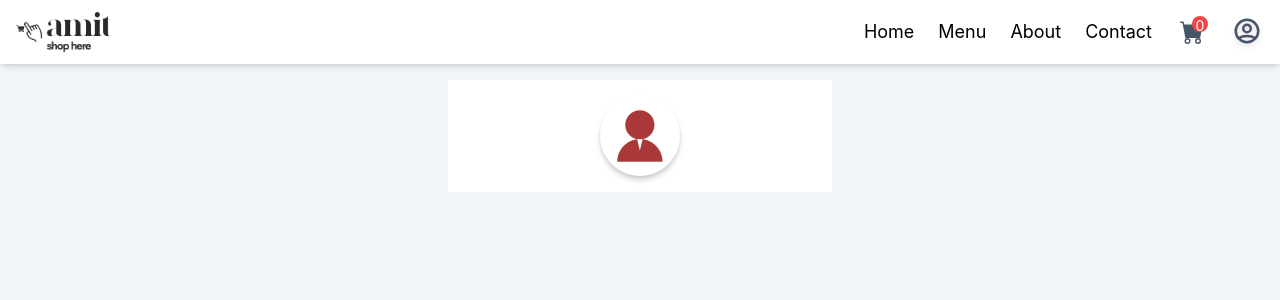
Repository: Lehuyhuynh/Web_ban_hoa_qua
Page: /signup (app in frontend/)
These files come from the project's save history. The page is drawn as it stood at one moment and after the next save; the edit follows.
The browser window is 1280 px wide. The pictures show the whole page.
The project was rebuilt for these pictures with package versions that can differ from the ones it lists, and the page was loaded fresh each time. Also part of the build but not shown: frontend/src/page/Home.js, frontend/src/page/Menu.js, frontend/src/page/About.js, frontend/src/page/Contact.js, frontend/src/page/login.js, frontend/src/page/Newproduct.js.

Above is the page before, as saved 2024-01-02 15:34:45.

### frontend/src/index.js
import React from "react";
import ReactDOM from "react-dom/client";
import "./index.css";
import App from "./App";
import reportWebVitals from "./reportWebVitals";
import {
  createBrowserRouter,
  createRoutesFromElements,
  Route,
  RouterProvider,
} from "react-router-dom";

import Home from "./page/Home";
import Menu from "./page/Menu";
import About from "./page/About";
import Contact from "./page/Contact";
import Login from "./page/login";
import NewProduct from "./page/Newproduct";
import Signup from "./page/Signup";

const router = createBrowserRouter(
  createRoutesFromElements(
    <Route path="/" element={<App />}>
      <Route index element={<Home />} />
      <Route path="menu" element={<Menu />} />
      <Route path="about" element={<About />} />
      <Route path="contact" element={<Contact />} />
      <Route path="login" element={<Login />} />
      <Route path="newproduct" element={<NewProduct />} />
      <Route path="signup" element={<Signup />} />
    </Route>
  )
);

const root = ReactDOM.createRoot(document.getElementById("root"));
root.render(<RouterProvider router={router} />);

// If you want to start measuring performance in your app, pass a function
// to log results (for example: reportWebVitals(console.log))
// or send to an analytics endpoint. Learn more: https://bit.ly/CRA-vitals
reportWebVitals();

### frontend/src/App.js
import Header from "./component/Header";
import { Outlet } from "react-router-dom";
function App() {
  return (
    <>
      <div>
        <Header />
        <main className="pt-16 bg-slate-100 min-h-[calc(100vh)]">
          <Outlet />
        </main>
      </div>
    </>
  );
}

export default App;

### frontend/src/page/Signup.js
import React from "react";
import loginSignupImage from "../assest/login-animation (1).gif";

const Signup = () => {
  return (
    <div className="p-3 md:p-4">
      <div className="w-full max-w-sm bg-white m-auto flex  flex-col p-4">
        {/* <h1 className="text-center text-2xl font-bold">Sign up</h1> */}

        <div className="w-20 h-20 overflow-hidden rounded-full drop-shadow-md shadow-md m-auto relative ">
          <img src={loginSignupImage} className="w-full h-full" />
        </div>
      </div>
    </div>
  );
};

export default Signup;

### frontend/src/component/Header.js
import logo from "../assest/logo .png";
import { Link } from "react-router-dom";
import { HiOutlineUserCircle } from "react-icons/hi";
import { BsCartFill } from "react-icons/bs";
import { useState } from "react";
function Header() {
  const [showMenu, setShowMenu] = useState(false);
  const handleShowMenu = () => {
    setShowMenu((preve) => !preve);
  };
  return (
    <header className="fixed shadow-md w-full h-16 px-2 md:px-4 z-50 bg-white">
      {/* desktop */}

      <div className="flex items-center h-full justify-between">
        <Link to={""}>
          <div className="h-10">
            <img src={logo} className="h-full" />
          </div>
        </Link>

        <div className="flex items-center gap-4 md:gap-7">
          <nav className="gap-4 md:gap-6 text-base md:text-lg hidden md:flex">
            <Link to={""}> Home</Link>
            <Link to={"menu"}> Menu</Link>
            <Link to={"about"}> About</Link>
            <Link to={"contact"}>Contact</Link>
          </nav>

          <div className="text-2xl text-slate-600 relative">
            <BsCartFill />
            <div className="absolute -top-1 -right-1 text-white bg-red-500 h-4 w-4 rounded-full m-0 p-0 text-sm text-center">
              0
            </div>
          </div>
          <div className=" text-slate-600" onClick={handleShowMenu}>
            <div className="text-3xl cursor-pointer w-8 h-8 rounded-full overflow-hidden drop-shadow-md">
              <HiOutlineUserCircle />
            </div>

            {showMenu && (
              <div className="absolute right-2 bg-white py-2  shadow drop-shadow-md flex flex-col min-w-[120px] text-center">
                <Link
                  to={"newproduct"}
                  className="whitespace-nowrap cursor-pointer px-2"
                >
                  New product
                </Link>
                <Link
                  to={"login"}
                  className="whitespace-nowrap cursor-pointer px-2"
                >
                  Login
                </Link>
              </div>
            )}
          </div>
        </div>
      </div>
    </header>
  );
}
export default Header;

Loaded but not shown: frontend/public/index.html (common file); frontend/src/index.css (common file); frontend/src/reportWebVitals.js (common file); frontend/tailwind.config.js (common file)

After the next save:
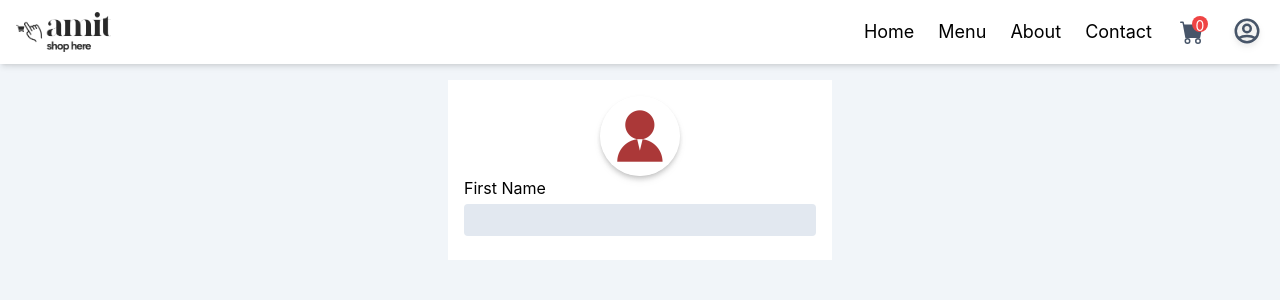
Saved 4 min 35 s later.
--- a/frontend/src/page/Signup.js
+++ b/frontend/src/page/Signup.js
@@ -10,6 +10,16 @@
         <div className="w-20 h-20 overflow-hidden rounded-full drop-shadow-md shadow-md m-auto relative ">
           <img src={loginSignupImage} className="w-full h-full" />
         </div>
+
+        <form action="">
+          <label htmlFor="firstName">First Name</label>
+          <input
+            type={"text"}
+            id="firstName"
+            name="firstName"
+            className="mt-1 mb-2 w-full bg-slate-200 px-2 py-1 rounded focus-within:outline-blue-300"
+          />
+        </form>
       </div>
     </div>
   );
